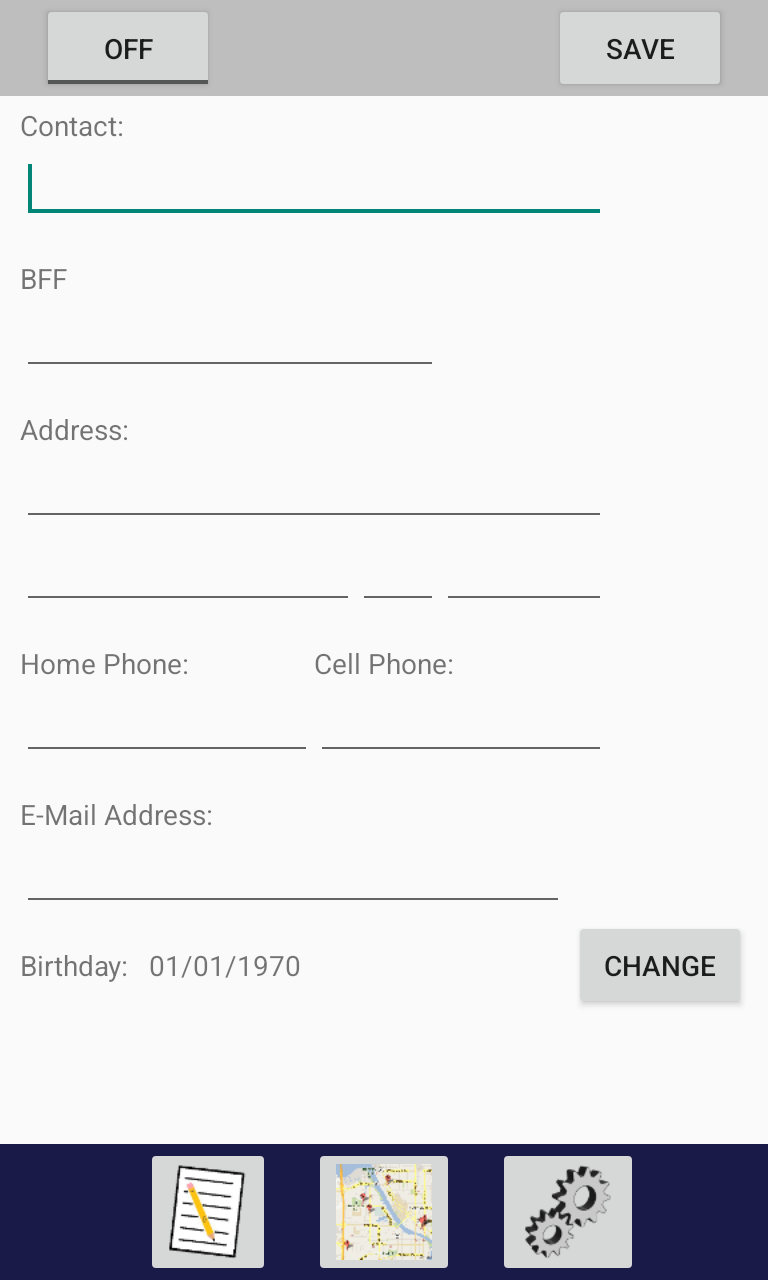
Repository: jcbrons/BronsonExercisesCH5
Layout: MyContactList/res/layout/activity_contact.xml
These files come from the project's save history. The layout is drawn as it stood at one moment and after the next save; the edit follows.
It is drawn on a 768 x 1280 px phone screen (xhdpi) without system bars, with theme AppTheme; the app's code is not run.

Above is the layout before, as saved 2014-06-07 06:20:07.

### MyContactList/res/layout/activity_contact.xml
<RelativeLayout xmlns:android="http://schemas.android.com/apk/res/android"
    xmlns:tools="http://schemas.android.com/tools"
    android:layout_width="match_parent"
    android:layout_height="match_parent"
    tools:context=".ContactActivity">


   <LinearLayout
       android:focusable="true"
		android:focusableInTouchMode="true"
		android:layout_width="0px"
		android:layout_height="0px"/>

    <RelativeLayout
        android:id="@+id/navbar"
        android:background="@color/navbar_background"
        android:layout_width="fill_parent"
        android:layout_height="wrap_content"
        android:layout_alignParentBottom="true">

        <ImageButton
            android:id="@+id/imageButtonList"
            android:layout_width="wrap_content"
            android:layout_height="wrap_content"
            android:layout_centerVertical="true"
            android:layout_toLeftOf="@+id/imageButtonMap"
            android:layout_marginRight="20dp"
            android:src="@drawable/contactlisticon" />

        <ImageButton
            android:id="@+id/imageButtonMap"
            android:layout_width="wrap_content"
            android:layout_height="wrap_content"
            android:layout_centerVertical="true"
            android:layout_centerHorizontal="true"
            android:layout_toRightOf="@+id/imageButton1"
            android:src="@drawable/mapicon" />

        <ImageButton
            android:id="@+id/imageButtonSettings"
            android:layout_width="wrap_content"
            android:layout_height="wrap_content"
            android:layout_centerVertical="true"
            android:layout_marginLeft="20dp"
            android:layout_toRightOf="@+id/imageButtonMap"
            android:src="@drawable/settingsicon" />

    </RelativeLayout>

    <RelativeLayout
        android:id="@+id/toolbar"
        android:background="@color/toolbar_background"
        android:layout_width="match_parent"
        android:layout_height="wrap_content"
        android:layout_alignParentLeft="true"
        android:layout_alignParentTop="true"
        >

        <ToggleButton
            android:id="@+id/toggleButtonEdit"
            android:layout_width="wrap_content"
            android:layout_height="wrap_content"
            android:layout_alignParentLeft="true"
            android:layout_marginLeft="20dp"
            android:text="ToggleButton" />

        <Button
            android:id="@+id/buttonSave"
            android:layout_width="wrap_content"
            android:layout_height="wrap_content"
            android:layout_alignParentRight="true"
            android:layout_marginRight="20dp"
            android:text="Save" />

    </RelativeLayout>

    <ScrollView
        android:id="@+id/scrollView1"
        android:layout_width="match_parent"
        android:layout_height="wrap_content"
        android:layout_alignParentLeft="true"
        android:layout_below="@+id/toolbar"
        android:layout_above="@+id/navbar" >

        <RelativeLayout
            android:layout_width="match_parent"
            android:layout_height="match_parent"

           >

            <TextView
                android:id="@+id/textContact"
                android:layout_width="wrap_content"
                android:layout_height="wrap_content"
                android:text="Contact:"
                android:textAppearance="?android:attr/textAppearanceSmall"
                android:layout_alignParentLeft="true"
        		android:layout_alignParentTop="true"
        		android:layout_marginLeft="10dp"
        		android:layout_marginTop="5dp"/>

            <EditText android:id="@+id/editName"
                android:layout_width="wrap_content"
                android:layout_height="wrap_content"
                android:layout_alignParentLeft="true"
                android:layout_marginLeft="10dp"
                android:layout_below="@+id/textContact"
                android:ems="14"
                android:imeOptions="actionNext"
                android:inputType="textCapWords">

                <requestFocus/>
            </EditText>

            <TextView android:id="@+id/textBFF"
                android:layout_width="wrap_content"
                android:layout_height="wrap_content"
                android:layout_alignLeft="@+id/editBFF"
                android:layout_below="@+id/editName"
                android:layout_marginTop="16dp"
                android:text="BFF"
                android:textAppearance="?android:attr/textAppearanceSmall" />

            <TextView
                android:id="@+id/textAddress"
                android:layout_width="wrap_content"
                android:layout_height="wrap_content"
                android:layout_alignParentLeft="true"
                android:layout_below="@+id/editBFF"
        		android:layout_marginLeft="10dp"
        		android:layout_marginTop="15dp"
        		android:text="Address:"
        		android:textAppearance="?android:attr/textAppearanceSmall"/>

            <EditText android:id="@+id/editAddress"
                android:layout_width="wrap_content"
                android:layout_height="wrap_content"
                android:layout_alignParentLeft="true"
                android:layout_marginLeft="10dp"
                android:layout_below="@+id/textAddress"
                android:ems="14"
                android:imeOptions="actionNext"
                android:inputType="textCapWords">
            </EditText>

        <EditText android:id="@+id/editCity"
                android:layout_width="wrap_content"
                android:layout_height="wrap_content"
                android:layout_alignParentLeft="true"
                android:layout_marginLeft="10dp"
                android:layout_below="@+id/editAddress"
                android:ems="8"
                android:imeOptions="actionNext"
                android:nextFocusDown="@+id/editState"
                android:inputType="textCapWords">
            </EditText>

        <EditText android:id="@+id/editState"
                android:layout_width="wrap_content"
                android:layout_height="wrap_content"
                android:ems="2"
                android:layout_toRightOf="@+id/editCity"
                android:layout_alignBottom="@+id/editCity"
                android:maxLength="2"
                android:imeOptions="actionNext"
                android:nextFocusDown="@+id/editZipCode"
                android:inputType="textCapCharacters">
            </EditText>

        <EditText android:id="@+id/editZipcode"
                android:layout_width="wrap_content"
                android:layout_height="wrap_content"
                android:ems="4"
                android:layout_toRightOf="@+id/editState"
                android:layout_alignBottom="@+id/editState"
                android:maxLength="5"
                android:imeOptions="actionNext"
                android:nextFocusDown="@+id/editHome"
                android:inputType="numberSigned">
            </EditText>






        <TextView
                android:id="@+id/textHome"
                android:layout_width="wrap_content"
                android:layout_height="wrap_content"
                android:text="Home Phone:"
                android:layout_alignParentLeft="true"
        		android:layout_marginLeft="10dp"
        		android:layout_marginTop="15dp"
        		android:layout_below="@+id/editCity"
        		/>

            <EditText android:id="@+id/editHome"
                android:layout_width="wrap_content"
                android:layout_height="wrap_content"
                android:layout_alignParentLeft="true"
                android:layout_marginLeft="10dp"
                android:layout_below="@+id/textHome"
                android:ems="7"
                android:maxLength="14"
                android:imeOptions="actionNext"
                android:nextFocusDown="@+id/editCell"
                android:inputType="phone">

            </EditText>

            <TextView
                android:id="@+id/textCell"
                android:layout_width="wrap_content"
                android:layout_height="wrap_content"
                android:text="Cell Phone:"
                android:layout_alignBottom="@+id/textHome"
                android:layout_alignLeft="@+id/editCell"/>

            <EditText android:id="@+id/editCell"
                android:layout_width="wrap_content"
                android:layout_height="wrap_content"
                android:layout_alignBottom="@+id/editHome"
                android:layout_toRightOf="@+id/editHome"
                android:ems="7"
                android:maxLength="14"
                android:imeOptions="actionNext"
                android:nextFocusDown="@+id/editEMail"
                android:inputType="phone">

            </EditText>


            <TextView
                android:id="@+id/textEMail"
                android:layout_width="wrap_content"
                android:layout_height="wrap_content"
                android:text="E-Mail Address:"
                android:layout_alignParentLeft="true"
                android:layout_marginLeft="10dp"
                android:layout_marginTop="15dp"
                android:layout_below="@+id/editHome"
                />

            <EditText android:id="@+id/editEMail"
                android:layout_width="wrap_content"
                android:layout_height="wrap_content"
                android:layout_alignParentLeft="true"
                android:layout_marginLeft="10dp"
                android:layout_below="@+id/textEMail"
                android:ems="13"
                android:inputType="textEmailAddress">

            </EditText>


            <TextView
                android:id="@+id/textBday"
                android:layout_width="wrap_content"
                android:layout_height="wrap_content"
                android:text="Birthday:"
                android:layout_alignParentLeft="true"
                android:layout_marginLeft="10dp"
                android:layout_marginTop="15dp"
                android:layout_below="@+id/editEMail"
                android:paddingBottom="25dp"
                />

            <TextView
                android:id="@+id/textBirthday"
                android:layout_width="wrap_content"
                android:layout_height="wrap_content"
                android:text="01/01/1970"
                android:layout_marginLeft="10dp"
                android:layout_toRightOf="@+id/textBday"
                android:layout_alignBottom="@+id/textBday"
                android:paddingBottom="25dp"
                />

            <Button
                android:id="@+id/btnBirthday"
                android:text="Change"
                android:layout_width="wrap_content"
                android:layout_height="wrap_content"
                android:layout_alignParentRight="true"
                android:layout_marginRight="10dp"
                android:layout_alignBaseline="@+id/textBirthday" />

            <EditText
                android:id="@+id/editBFF"
                android:layout_width="wrap_content"
                android:layout_height="wrap_content"
                android:layout_alignLeft="@+id/textAddress"
                android:layout_below="@+id/textBFF"
                android:ems="10"
                android:inputType="number" />

        </RelativeLayout>
    </ScrollView>

</RelativeLayout>

### MyContactList/res/values/color.xml
<?xml version="1.0" encoding="utf-8"?>
<resources>
    <color name="navbar_background">#1a1a48</color>
    <color name="toolbar_background">#bebebe</color>
    <color name="dataEntry_background">#a8a8e0</color>
    <color name="pink_background">#Ecc8ec</color>
    <color name="yellow_background">#f4f776</color>

</resources>

Loaded but not shown: MyContactList/res/values/styles.xml (common file); MyContactList/res/values-v11/styles.xml (common file); MyContactList/res/values-v14/styles.xml (common file)

After the next save:
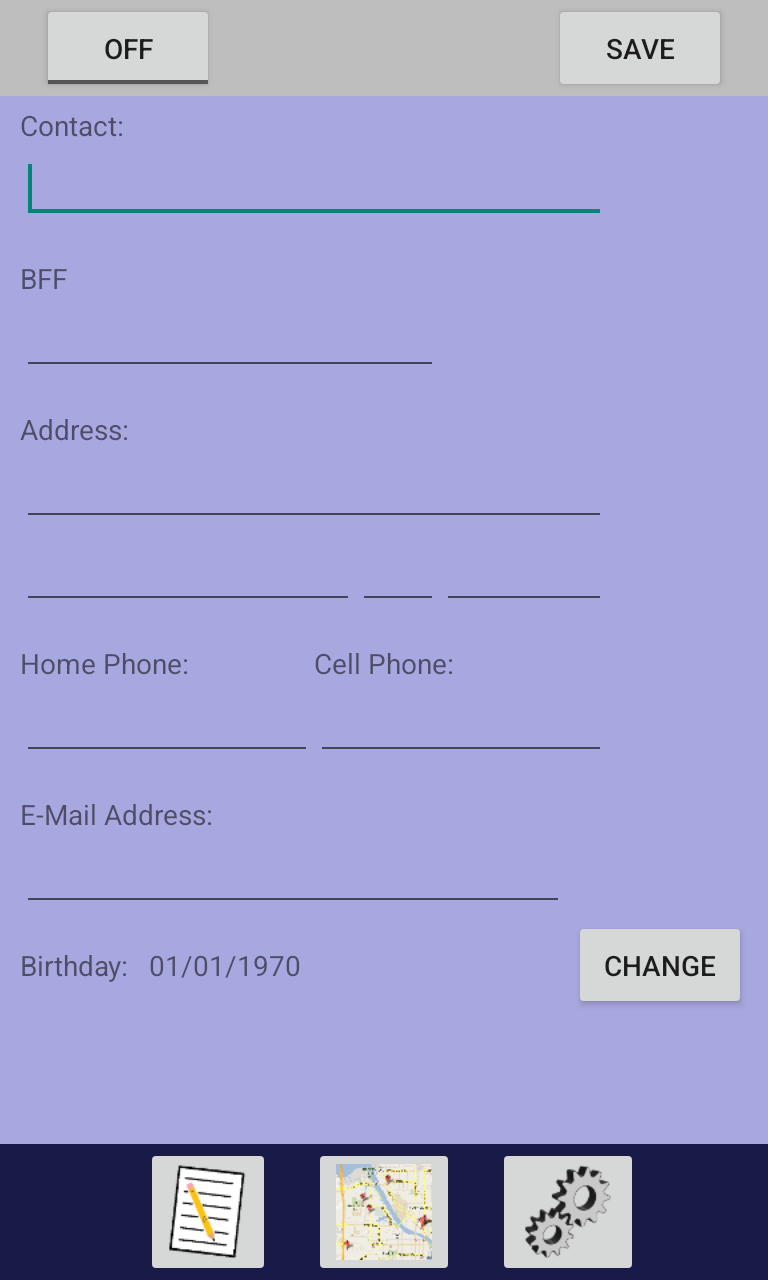
Saved 5 min 3 s later.
--- a/MyContactList/res/layout/activity_contact.xml
+++ b/MyContactList/res/layout/activity_contact.xml
@@ -80,7 +80,8 @@
         android:layout_height="wrap_content"
         android:layout_alignParentLeft="true"
         android:layout_below="@+id/toolbar"
-        android:layout_above="@+id/navbar" >
+        android:layout_above="@+id/navbar"
+        android:background="@color/dataEntry_background">
 
         <RelativeLayout
             android:layout_width="match_parent"
